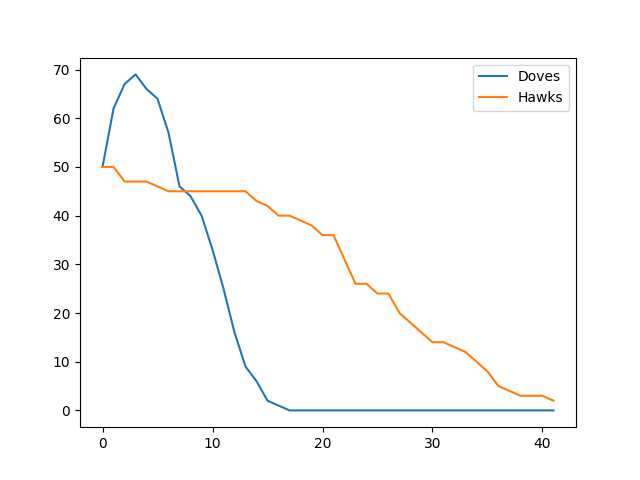
Repository: PatLaCisay/python-hawkdove-master
Script's output: python hawkdove.py
These files come from the project's save history. The script's output is drawn as it stood at one moment and after the next save; the edit follows.
Random numbers start from a fixed seed.

Above is the script's output before, as saved 2023-03-07 15:06:06.

After the next save:
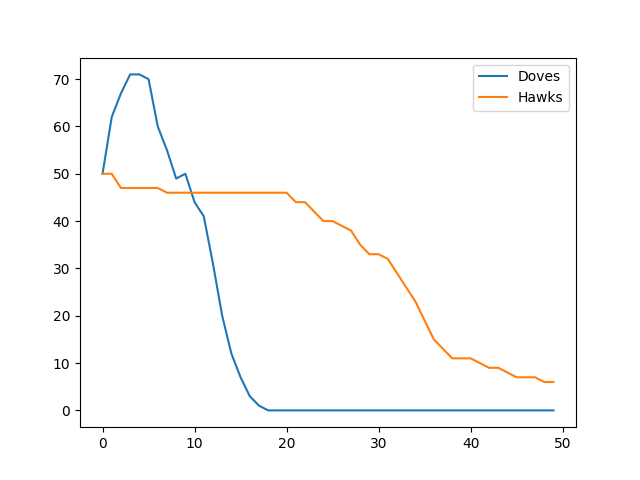
Saved 53 s later.
--- a/hawkdove.py
+++ b/hawkdove.py
@@ -15,7 +15,7 @@
 
 ENERGY_REQUIRED_FOR_REPRODUCTION = 40
 ENERGY_LOSS_FROM_FIGHTING = 50
-ENERGY = 5
+ENERGY = 0
 
 ENERGY_REQUIRED_FOR_LIVING = 10
 

After the save that followed:
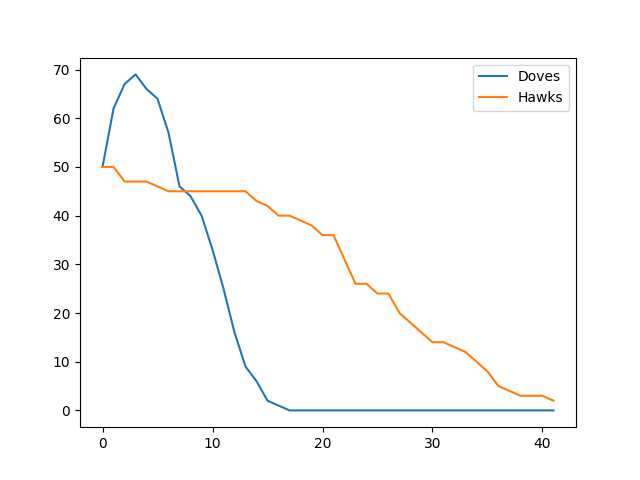
Saved 109 s later.
--- a/hawkdove.py
+++ b/hawkdove.py
@@ -15,7 +15,7 @@
 
 ENERGY_REQUIRED_FOR_REPRODUCTION = 40
 ENERGY_LOSS_FROM_FIGHTING = 50
-ENERGY = 0
+ENERGY = 5
 
 ENERGY_REQUIRED_FOR_LIVING = 10
 
@@ -194,7 +194,6 @@
 def compete(agent, nemesis, food):
 	winner = choice([agent, nemesis])
 	loser = agent if (winner is nemesis) else nemesis
-	print("#################"+(str)(getAgentCountByType(TYPE_HAWK)/(getAgentCountByType(TYPE_HAWK)+getAgentCountByType(TYPE_DOVE))))
 	if agent.agent_type == TYPE_HAWK and nemesis.agent_type == TYPE_HAWK:
 		if (getAgentCountByType(TYPE_HAWK)/(getAgentCountByType(TYPE_HAWK)+getAgentCountByType(TYPE_DOVE))) > 0.28:
 			winner.energy += getEnergyFromFood(food) - ENERGY_LOSS_FROM_FIGHTING
